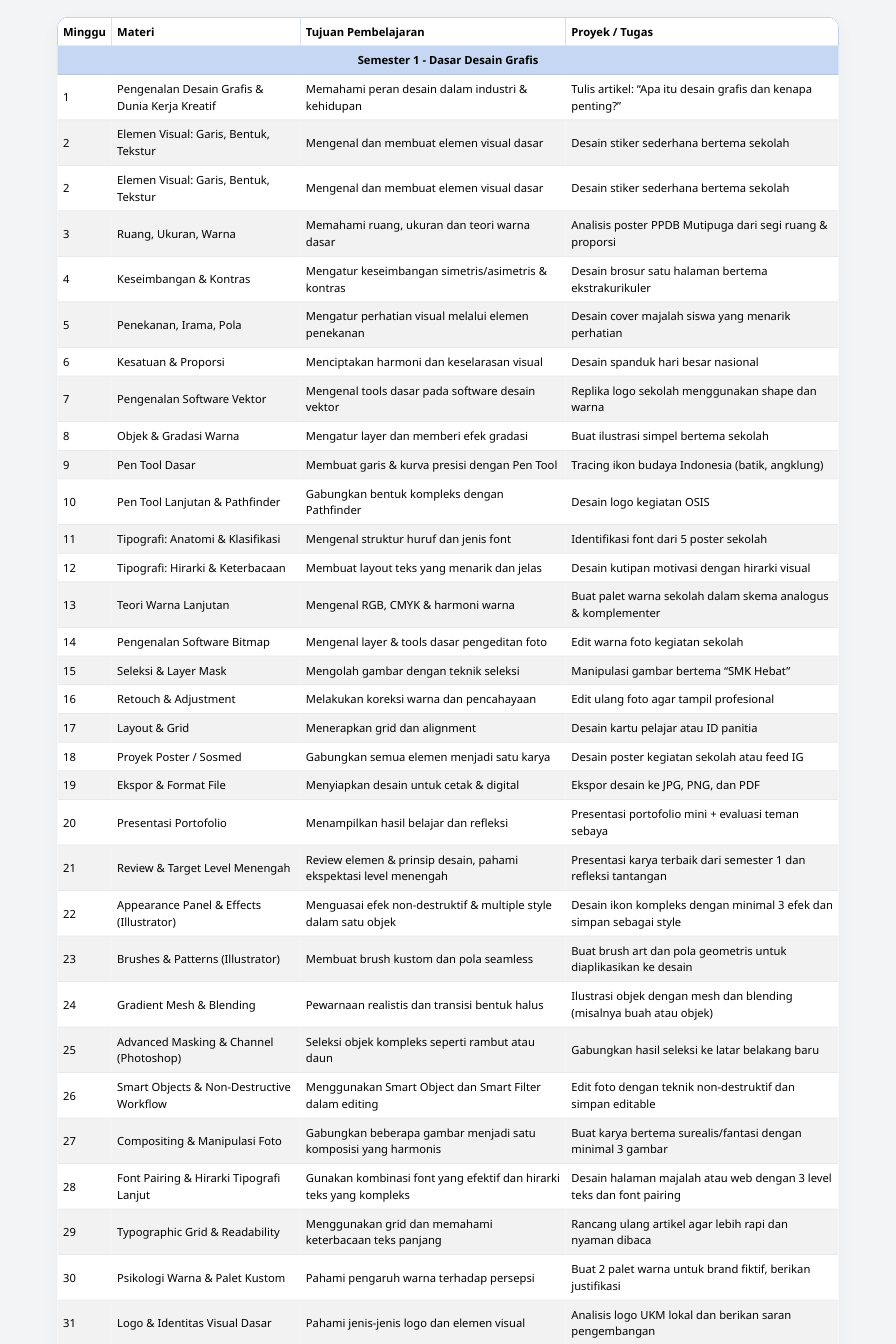
Repository: ppdbsmkmutipuga/kurikulumdesain
Page: index.html
These files come from the project's save history. The page is drawn as it stood at one moment and after the next save; the edit follows.
The browser window is 1280 px wide. The pictures show the part of the page from y = 354 to 2274 px (the page is 2997 px tall before and 2932 px after), at 70% of full size.

Above is the page before, as saved 2025-07-01 04:02:13.

After the next save:
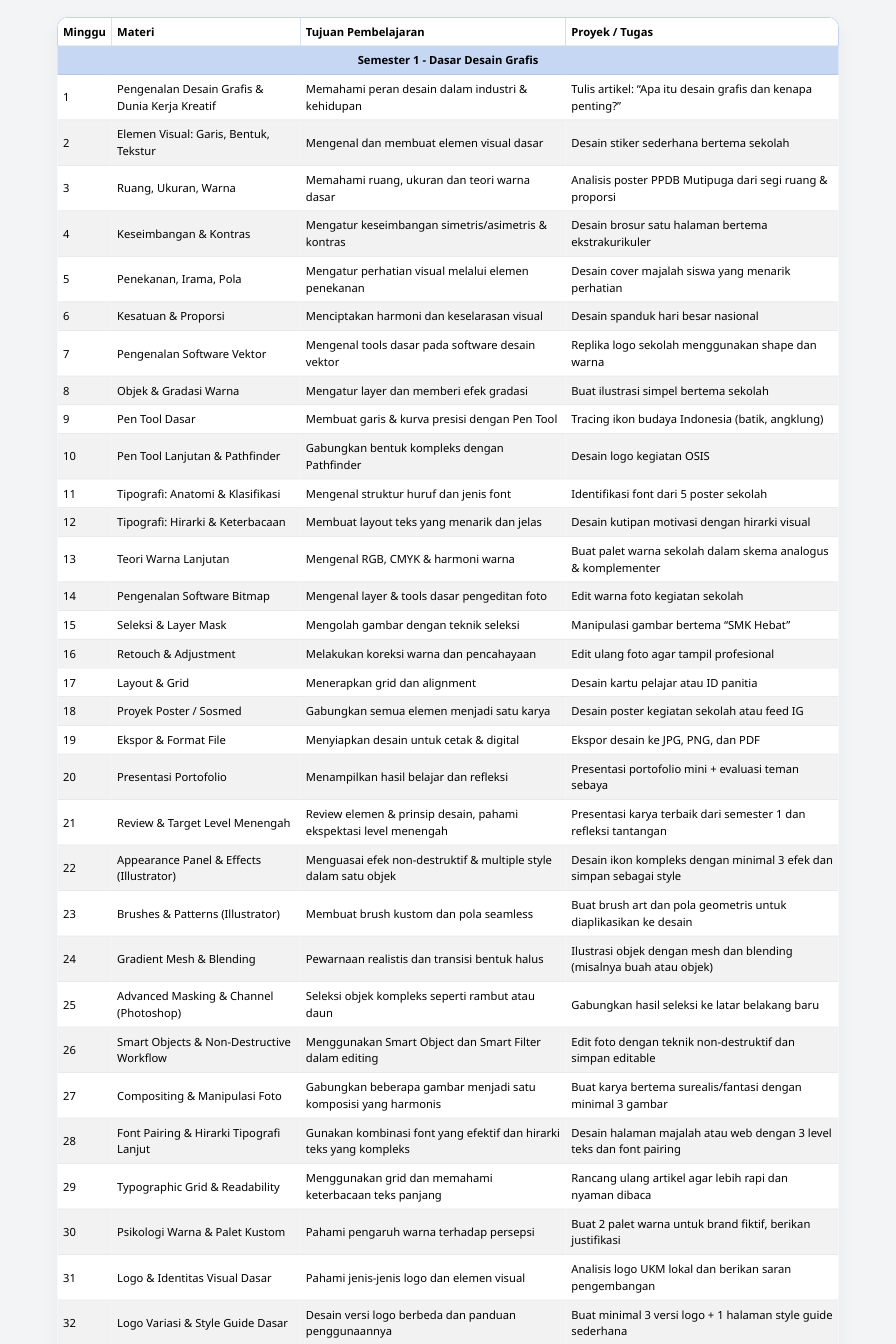
Saved 7 s later.
--- a/index.html
+++ b/index.html
@@ -53,12 +53,6 @@
                             <td>Desain stiker sederhana bertema sekolah</td>
                         </tr>
                         <tr>
-                            <td>2</td>
-                            <td>Elemen Visual: Garis, Bentuk, Tekstur</td>
-                            <td>Mengenal dan membuat elemen visual dasar</td>
-                            <td>Desain stiker sederhana bertema sekolah</td>
-                        </tr>
-                        <tr>
                             <td>3</td>
                             <td>Ruang, Ukuran, Warna</td>
                             <td>Memahami ruang, ukuran dan teori warna dasar</td>
